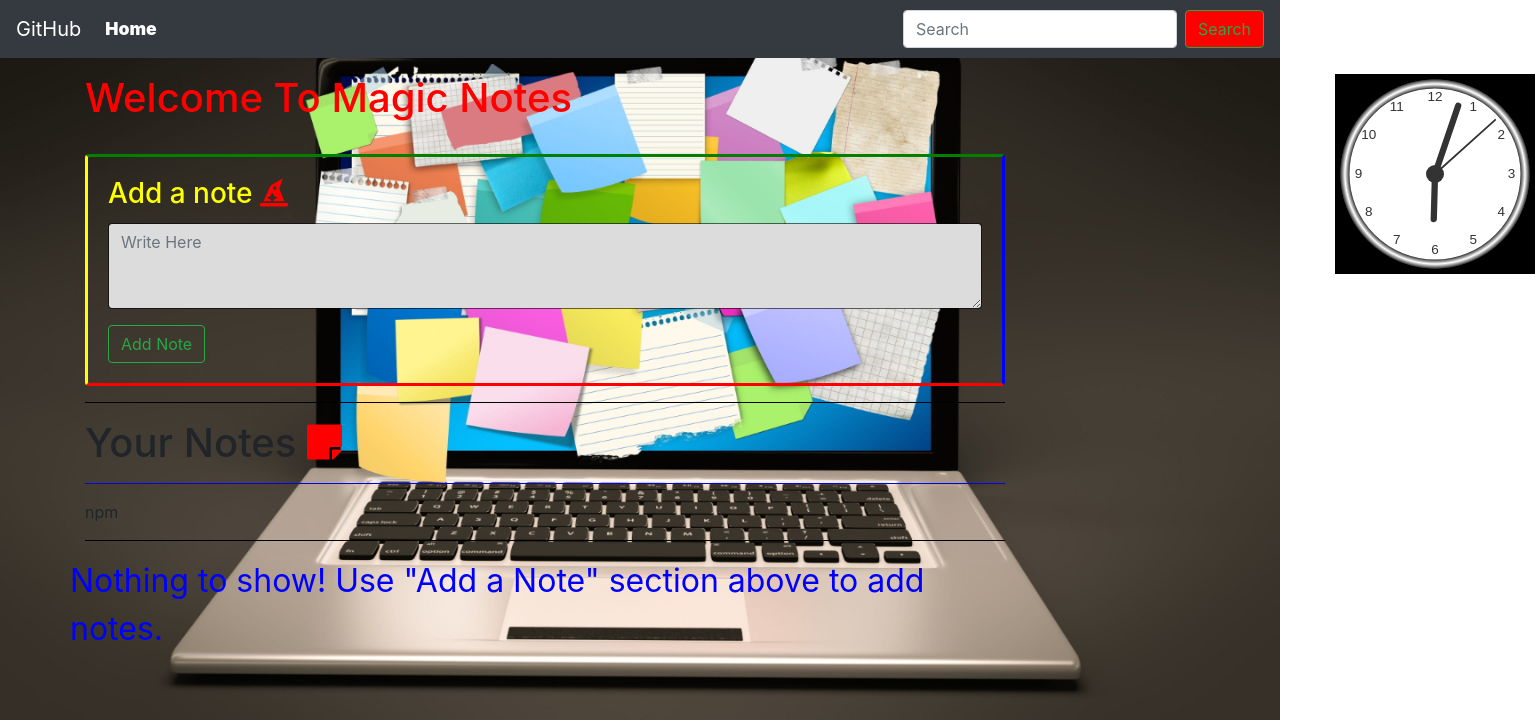
Repository: Prrajainn/Project-MagiCNotes
Page: magicNotes.html
An editor plug-in stored every save of this project. The page is shown before and after a run of saves, followed by the edit.
The browser window is 1280 px wide. The page is 1535 px wide, so the pictures cover 1535 px, including what lies to the right of the window. The pictures show the whole page.

Above is the page before, as saved 2020-08-11 21:15:45.

### magicNotes.html
<!doctype html>
<html lang="en">

<head>

  <!-- Required meta tags -->
  <meta charset="utf-8">
  <meta name="viewport" content="width=device-width, initial-scale=1, shrink-to-fit=no">

  <!-- Bootstrap CSS -->
  <link rel="stylesheet" href="bootstrap/css/bootstrap.min.css">
  <link rel="stylesheet" href="fontawesome-free-5.13.0-web/css/all.css">
  <link rel="stylesheet" href="CSS/style.css">

  <title> MagiCNotes </title>
  <style>

    body {
      background-image: url("notes2.jpg");

      background-repeat: no-repeat;
      background-size: cover;

    }
  </style>
</head>

<body>

  <nav class="sticky-top navbar navbar-expand-lg navbar-dark bg-dark">
    <a class="navbar-brand" href="https://github.com/Prrajainn">GitHub</a>
    <button class="navbar-toggler" type="button" data-toggle="collapse" data-target="#navbarSupportedContent"
      aria-controls="navbarSupportedContent" aria-expanded="false" aria-label="Toggle navigation">
      <span class="navbar-toggler-icon"></span>
    </button>

    <div class="collapse navbar-collapse" id="navbarSupportedContent">
      <ul class="navbar-nav mr-auto">
        <li class="nav-item active">
          <a class="nav-link" href="magicNotes.html">Home <span class="sr-only">(current)</span></a>
        </li>

      </ul>
      <form class="form-inline my-2 my-lg-0">
        <input class="form-control mr-sm-2" id="searchTxt" type="search" placeholder="Search" aria-label="Search">
        <button style="background-color: red;" class="btn btn-outline-success my-2 my-sm-0"
          type="submit">Search</button>
      </form>
    </div>
  </nav>
  <div class="container my-3">
    <div class="row">
      <div class="col-10">
        <h1 style="color: red">Welcome To Magic Notes</h1>
        <br>
        <div style="border: solid ; background-color: transparent ; border-color:green blue red yellow " class="card">
          <div class="card-body">
            <h3 style="color:yellow;" class="card-title">Add a note <i style="color: red ;"
                class="fas fa-hat-wizard"></i></h3>
            <div class="form-group">

              <textarea placeholder="Write Here"
                style=" border-color: rgba(0, 0, 0, 0.589); background-color: gainsboro; " class="form-control"
                id="addTxt" rows="3"></textarea>
            </div>
            <button class="btn btn-outline-success" id="addBtn">Add Note </button>
          </div>
        </div>
        <hr color="black">
        <h1>Your Notes <i style="color: red;" class="fas fa-sticky-note"></i></h1>
        <hr color="blue">npm
        <hr color="black">
        <div id="notes" class="row container-fluid"></div>
      </div>
      <div class="col-2">
        <canvas id="canvas" width="200" height="200" style="background-color: black; margin-left: 300px;"
    >
      </div>
    </div>
  </div>

    <div class="container" style="position: relative;">
      <div class="row">
        <div class="col-7">
        </div>

      </div>
    </div>




    <script src="bootstrap/js/jquery-3.4.1.slim.min.js"></script>
    <script src="bootstrap/js/popper.min.js"></script>
    <script src="bootstrap/js/bootstrap.min.js"></script>
    <script src="app.js"></script>
    <script src="clock.js"></script>
</body>

</html>

### CSS/style.css
#topheader{
    background-color : blue;
    border-bottom: px solid black;
}
#nocolo{
    color: black;
}
.container-fluid{
    padding-left: 0%;
    padding-right: 0%;
}
nav ul li a{

    font-size: 1.1rem;
    font-weight: 1000 ;
}
/*START OF FOOTER*/
.full-footer{
    background-color:#1e3799;
    width: 100%;
}
.top-footer p{
    color: white;
}
.top-footer a{
 font-weight: 600;
    color: whitesmoke;
}
.top-footer h3{
    color: white;
}
.bottom-footer{
    background-color:teal;
}
.bottom-footer p{
    color: white;
}
/* End of footer*/
.myimage{
    width: 50%;
}
.top-hero{
    background-color: salmon;
}
.sea{
  animation-fill-mode: both;
}

### app.js

console.log("Welcome to notes app. This is app.js");
// Pehle hi show notes islie kiya taaki hamesha pehle dikhaye refresh hone ke baad bhi page
showNotes();

// If user adds a note, add it to the localStorage
let addBtn = document.getElementById("addBtn");
addBtn.addEventListener("click", function(e) {

  let addTxt = document.getElementById("addTxt");
  let notes = localStorage.getItem("notes");
  if (notes == null) {
    notesObj = [];
  } else {
    notesObj = JSON.parse(notes);
  }
  notesObj.push(addTxt.value);
  localStorage.setItem("notes", JSON.stringify(notesObj));
  addTxt.value = "";
//   console.log(notesObj);
  showNotes();
});

// Function to show elements from localStorage
function showNotes() {
  let notes = localStorage.getItem("notes");
  if (notes == null) {
    notesObj = [];
  } else {
    notesObj = JSON.parse(notes);
  }
  let html = "";
  notesObj.forEach(function(element, index) { // element maane andar ka content
    html += `
            <div class="noteCard my-2 mx-2 card" style="width: 18rem;">
                    <div class="card-body">
                        <h5 class="card-title">Note ${index + 1}</h5>
                        <p class="card-text"> ${element}</p>
                        <button id="${index}"onclick="deleteNote(this.id)" class="btn btn-primary">Delete Note</button>
                    </div>
                </div>`;
  });
  let notesElm = document.getElementById("notes");
  if (notesObj.length != 0) {
    notesElm.innerHTML = html;
  } else {//notesElm.setAttribute('style','color: blue' );
  notesElm.setAttribute('style','font-size: 200% ; color: blue' );
    notesElm.innerHTML = `  Nothing to show! Use "Add a Note" section above to add notes.`;
  }
}

// Function to delete a note
function deleteNote(index) {
//   console.log("I am deleting", index);

  let notes = localStorage.getItem("notes");
  if (notes == null) {
    notesObj = [];
  } else {
    notesObj = JSON.parse(notes);
  }

  notesObj.splice(index, 1);
  localStorage.setItem("notes", JSON.stringify(notesObj)); // update kar rhe hein
  showNotes();// firse show kar rhe hein
}


let search = document.getElementById('searchTxt');
search.addEventListener("input", function(){

    let inputVal = search.value.toLowerCase();
    // console.log('Input event fired!', inputVal);
    let noteCards = document.getElementsByClassName('noteCard');
    Array.from(noteCards).forEach(function(element){
        let cardTxt = element.getElementsByTagName("p")[0].innerText;
        if(cardTxt.includes(inputVal)){
            element.style.display = "block";
        }
        else{
            element.style.display = "none";
        }
        // console.log(cardTxt);
    })
})

/*
Further Features:
1. Add Title
2. Mark a note as Important
3. Separate notes by user
4. Sync and host to web server
*/

### clock.js
var canvas = document.getElementById("canvas");
var ctx = canvas.getContext("2d");
var radius = canvas.height / 2;
ctx.translate(radius, radius);
radius = radius * 0.90
setInterval(drawClock, 1000);

function drawClock() {
  drawFace(ctx, radius);
  drawNumbers(ctx, radius);
  drawTime(ctx, radius);
}

function drawFace(ctx, radius) {
  var grad;
  ctx.beginPath();
  ctx.arc(0, 0, radius, 0, 2*Math.PI);
  ctx.fillStyle = 'white';
  ctx.fill();
  grad = ctx.createRadialGradient(0,0,radius*0.95, 0,0,radius*1.05);
  grad.addColorStop(0, '#333');
  grad.addColorStop(0.5, 'white');
  grad.addColorStop(1, '#333');
  ctx.strokeStyle = grad;
  ctx.lineWidth = radius*0.1;
  ctx.stroke();
  ctx.beginPath();
  ctx.arc(0, 0, radius*0.1, 0, 2*Math.PI);
  ctx.fillStyle = '#333';
  ctx.fill();
}

function drawNumbers(ctx, radius) {
  var ang;
  var num;
  ctx.font = radius*0.15 + "px arial";
  ctx.textBaseline="middle";
  ctx.textAlign="center";
  for(num = 1; num < 13; num++){
    ang = num * Math.PI / 6;
    ctx.rotate(ang);
    ctx.translate(0, -radius*0.85);
    ctx.rotate(-ang);
    ctx.fillText(num.toString(), 0, 0);
    ctx.rotate(ang);
    ctx.translate(0, radius*0.85);
    ctx.rotate(-ang);
  }
}

function drawTime(ctx, radius){
    var now = new Date();
    var hour = now.getHours();
    var minute = now.getMinutes();
    var second = now.getSeconds();
    //hour
    hour=hour%12;
    hour=(hour*Math.PI/6)+
    (minute*Math.PI/(6*60))+
    (second*Math.PI/(360*60));
    drawHand(ctx, hour, radius*0.5, radius*0.07);
    //minute
    minute=(minute*Math.PI/30)+(second*Math.PI/(30*60));
    drawHand(ctx, minute, radius*0.8, radius*0.07);
    // second
    second=(second*Math.PI/30);
    drawHand(ctx, second, radius*0.9, radius*0.02);
}

function drawHand(ctx, pos, length, width) {
    ctx.beginPath();
    ctx.lineWidth = width;
    ctx.lineCap = "round";
    ctx.moveTo(0,0);
    ctx.rotate(pos);
    ctx.lineTo(0, -length);
    ctx.stroke();
    ctx.rotate(-pos);
}

Loaded but not shown: bootstrap/css/bootstrap.min.css (library); fontawesome-free-5.13.0-web/css/all.css (library); bootstrap/js/jquery-3.4.1.slim.min.js (library); bootstrap/js/popper.min.js (library); bootstrap/js/bootstrap.min.js (library)

After the next 8 saves:
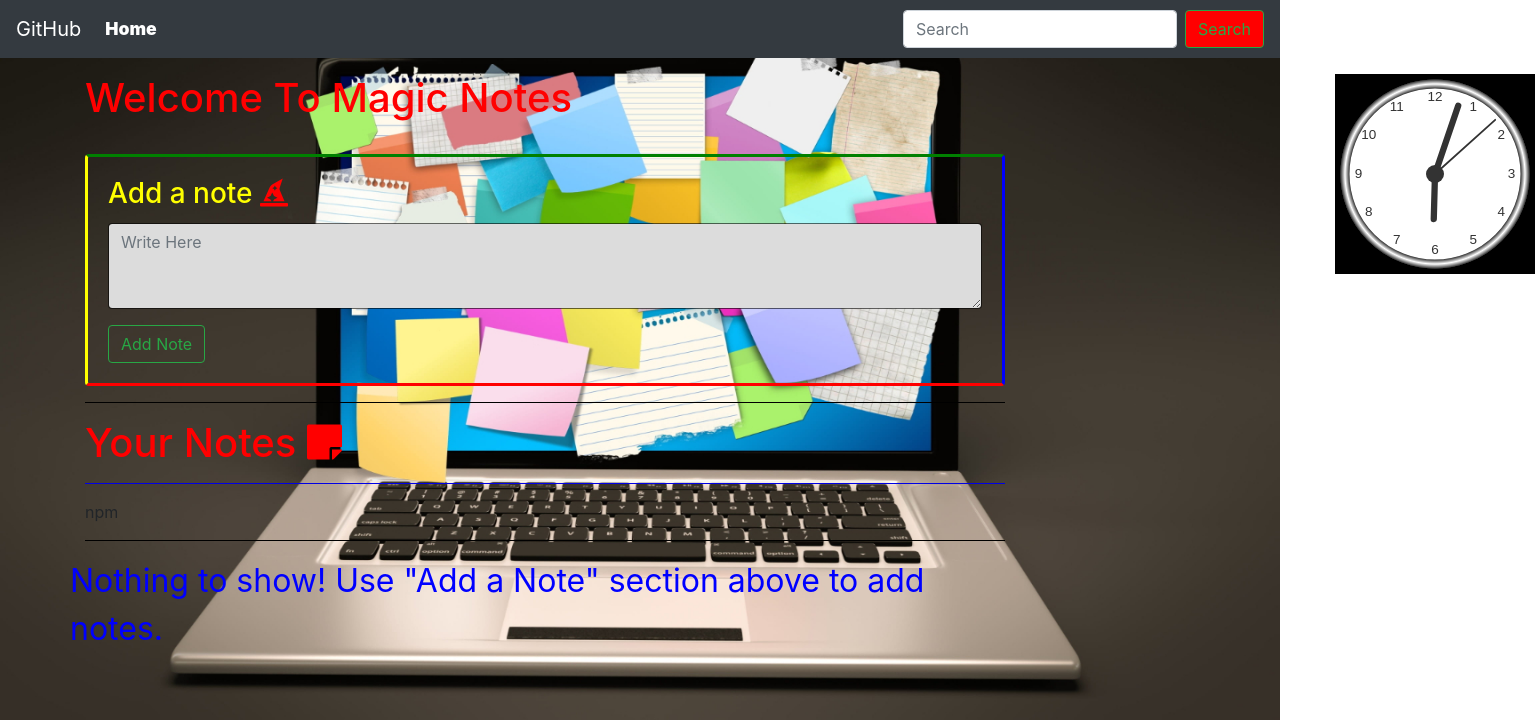
The 8 saves are shown as one change because they came seconds apart.
The last was saved 40 s later.
--- a/magicNotes.html
+++ b/magicNotes.html
@@ -67,7 +67,7 @@
           </div>
         </div>
         <hr color="black">
-        <h1>Your Notes <i style="color: red;" class="fas fa-sticky-note"></i></h1>
+        <h1 style="color: red;">Your Notes <i style="color: red;" class="fas fa-sticky-note"></i></h1>
         <hr color="blue">npm
         <hr color="black">
         <div id="notes" class="row container-fluid"></div>
